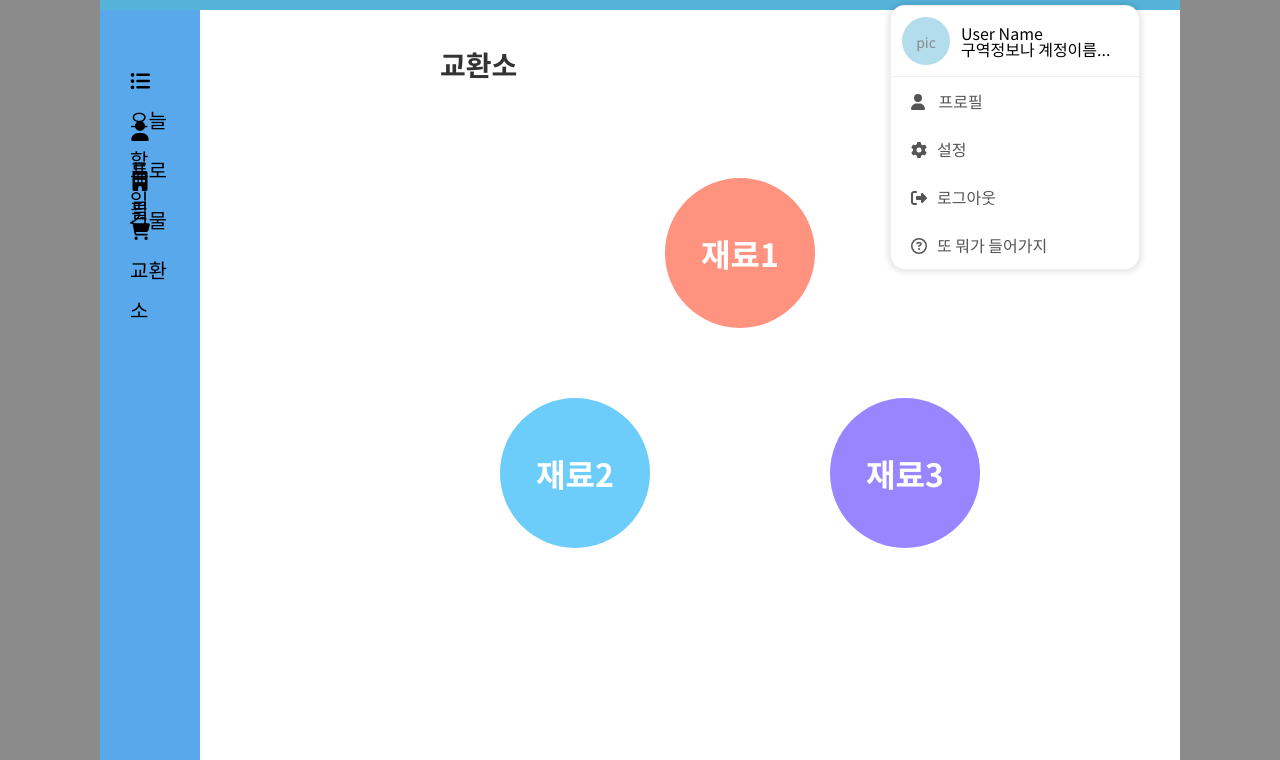
Repository: sunoo-lee/toVillage-old
Page: /#/trade
These files come from the project's save history. The page is drawn as it stood at one moment and after the next save; the edit follows.
The browser window is 1280 px wide. The pictures show the whole page.
The project was rebuilt for these pictures with package versions that can differ from the ones it lists, and the page was loaded fresh each time. Also part of the build but not shown: src/routes/Auth.js, src/components/Todo.js, src/components/AddForm.js, src/components/Main.js, src/routes/Home.js, src/components/MyProfile.js, src/routes/Profile.js, src/components/Area.module.css and 2 more.

Above is the page before, as saved 2022-10-13 04:35:59.

After the next save:
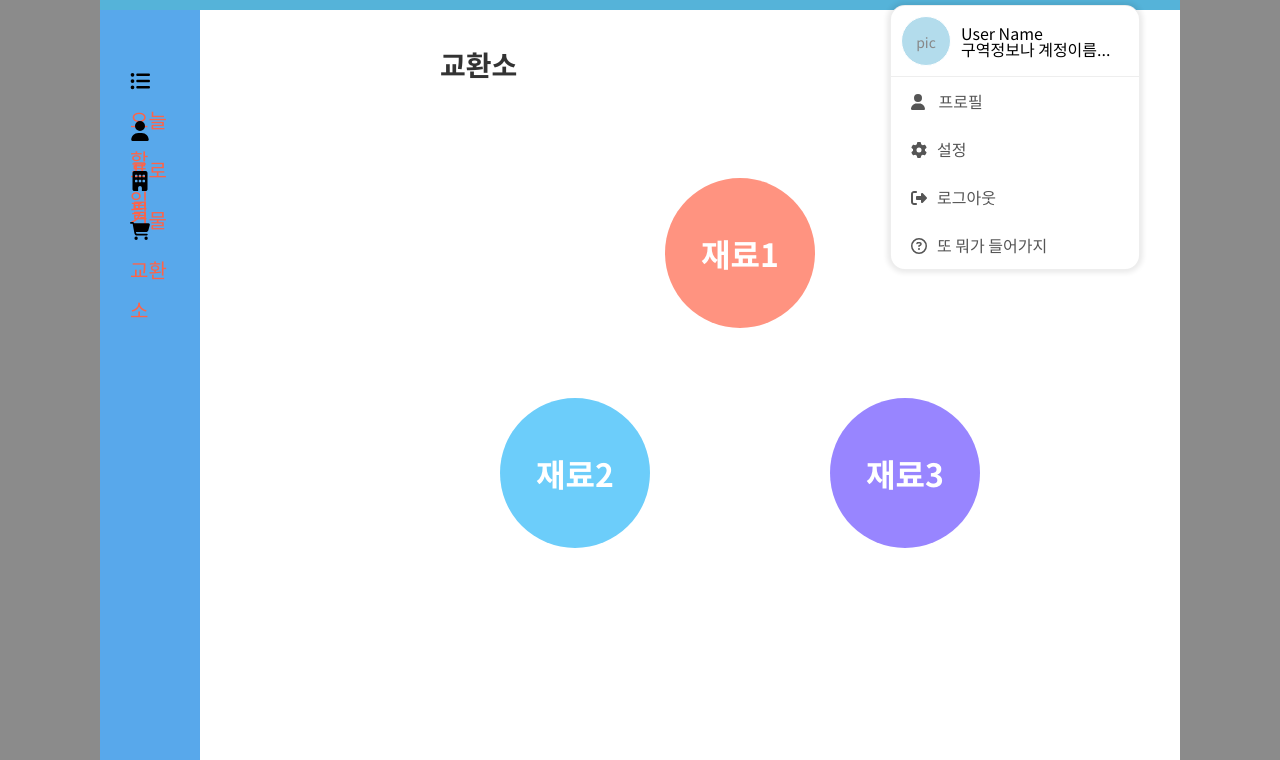
Saved 40 s later.
--- a/src/components/Navigation.module.css
+++ b/src/components/Navigation.module.css
@@ -15,7 +15,7 @@
   background-color: #58a8eb;
   width: 100px;
 }
-.nav_active .container ul li {
+.nav_active .container ul li span {
   color: tomato;
 }
 
